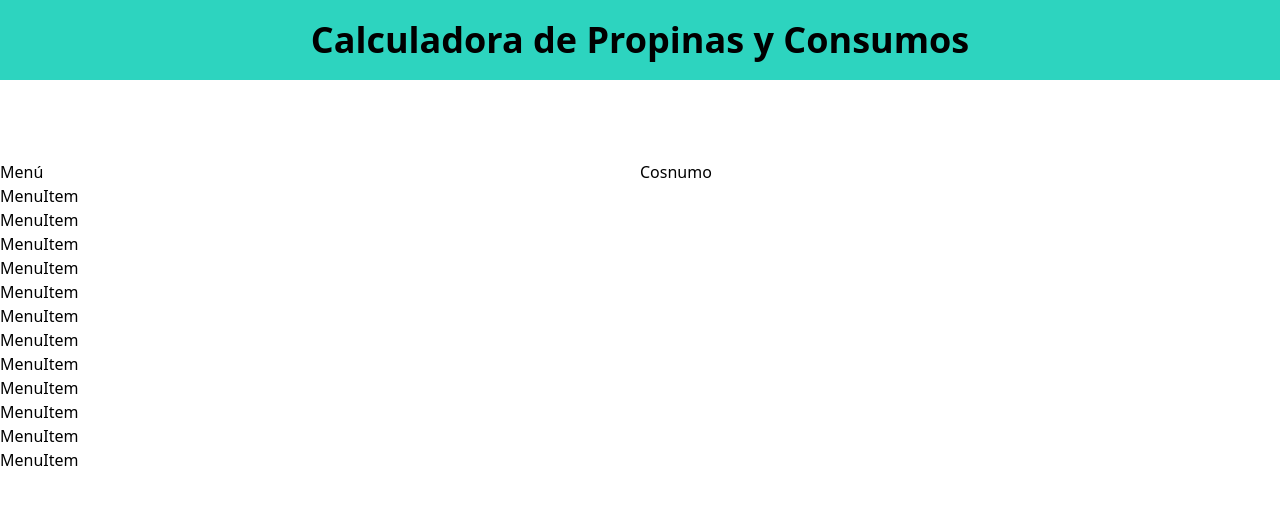
Repository: Matiiu/tip-calculator
Page: /
An editor plug-in stored every save of this project. The page is shown before and after the next save, followed by the edit.
The browser window is 1280 px wide. The pictures show the whole page.
The project was rebuilt for these pictures with package versions that can differ from the ones it lists, and the page was loaded fresh each time. Also part of the build but not shown: vite.config.ts.

Above is the page before, as saved 2024-03-29 09:47:15.

### src/App.tsx
import Header from "./components/Header";
import { menuItems } from "./api/db";
import MenuItem from "./components/MenuItem";

export default function App() {
  return (
    <>
      <Header />

      <main className="max-w-7xl mx-auto py-20 grid md:grid-cols-2">
        <div>
          <h2>Menú</h2>

          {menuItems.map(item => (
            <MenuItem
              key={item.id}
              item={item}
            />
          ))}
        </div>

        <div>
          <h2>Cosnumo</h2>

        </div>
      </main>
    </>
  )
}

### src/components/Header.tsx
export default function Header() {
  return (
    <header className="bg-teal-400 py-5">
        <h1 className="text-center text-4xl font-black">Calculadora de Propinas y Consumos</h1>
    </header>
  )
}

### src/api/db.ts
import type { MenuItem } from '../types';

export const menuItems: MenuItem[] = [
  {
    id: 1,
    name: "Pizza a la Leña Chica",
    price: 30,
  },
  {
    id: 2,
    name: "Pizza a la Leña Mediana",
    price: 50,
  },
  {
    id: 3,
    name: "Rebanada de Pay de Limón",
    price: 30,
  },
  {
    id: 4,
    name: "Rebanada de Pastel de Chocolate",
    price: 30,
  },
  {
    id: 5,
    name: "Jugo de Naranja",
    price: 15,
  },
  {
    id: 6,
    name: "Pizza a la Leña Grande",
    price: 70,
  },
  {
    id: 7,
    name: "Rib Eye 800g",
    price: 100,
  },
  {
    id: 8,
    name: "Jugo de Naranja",
    price: 15,
  },
  {
    id: 9,
    name: "Tequila",
    price: 40,
  },
  {
    id: 10,
    name: "Rebanada de Pay de Queso",
    price: 30,
  },
  {
    id: 11,
    name: "Café Americano",
    price: 20,
  },
  {
    id: 12,
    name: "Café Capuchino",
    price: 40,
  },
];

### src/components/MenuItem.tsx
import type { MenuItem } from '../types'
export default function MenuItem({ item }: MenuItem) {
    const { name, price } = item;

  return (
    <section>
        MenuItem
    </section>
  )
}

Loaded but not shown: index.html (common file); src/main.tsx (common file); src/index.css (common file); tailwind.config.js (common file)

After the next save:
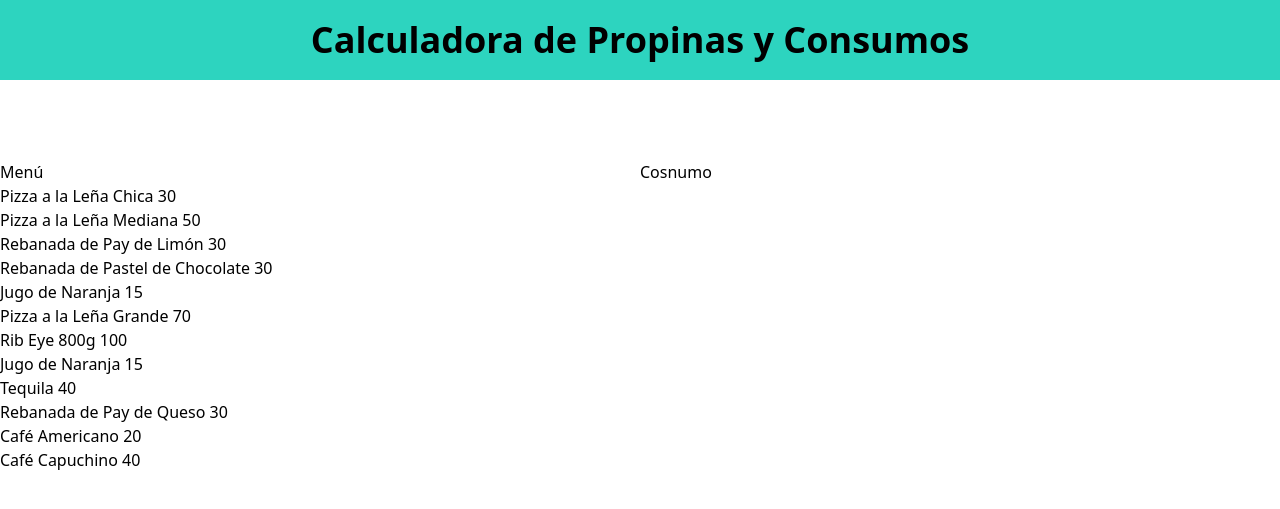
Saved 16 s later.
--- a/src/components/MenuItem.tsx
+++ b/src/components/MenuItem.tsx
@@ -4,7 +4,7 @@ export default function MenuItem({ item }: MenuItem) {
 
   return (
     <section>
-        MenuItem
+        {name} {price}
     </section>
   )
 }
